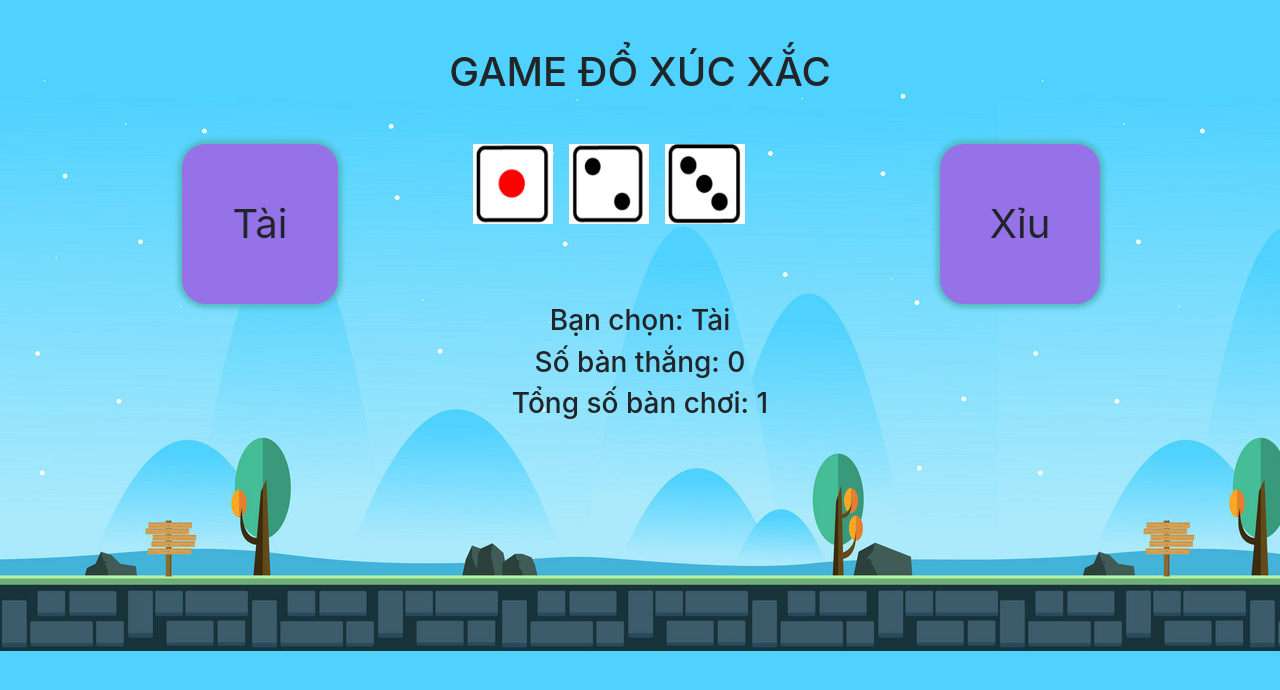
Repository: dovanthao2404/game-xuc-sac
Page: /
The author's editor kept a copy of each file at every save. The page is drawn from the files as they stood at one save, then again after the next save.
The browser window is 1280 px wide. The pictures show the whole page.
The project was rebuilt for these pictures with package versions that can differ from the ones it lists, and the page was loaded fresh each time.

Above is the page before, as saved 2021-09-11 13:11:52.

### public/index.html
<!DOCTYPE html>
<html lang="en">

<head>
  <meta charset="utf-8" />
  <link rel="icon" href="%PUBLIC_URL%/favicon.ico" />
  <meta name="viewport" content="width=device-width, initial-scale=1" />
  <meta name="theme-color" content="#000000" />
  <meta name="description" content="Web site created using create-react-app" />
  <link rel="apple-touch-icon" href="%PUBLIC_URL%/logo192.png" />
  <link rel="manifest" href="%PUBLIC_URL%/manifest.json" />
  <title>React App</title>
  <link rel="stylesheet" href="https://cdn.jsdelivr.net/npm/bootstrap@4.6.0/dist/css/bootstrap.min.css"
    integrity="sha384-B0vP5xmATw1+K9KRQjQERJvTumQW0nPEzvF6L/Z6nronJ3oUOFUFpCjEUQouq2+l" crossorigin="anonymous">
  <link rel="stylesheet" href="%PUBLIC_URL%/css/style.css">
</head>

<body>
  <noscript>You need to enable JavaScript to run this app.</noscript>
  <div id="root"></div>
</body>

</html>

### src/index.css
body {
  margin: 0;
  padding: 0;
  box-sizing: border-box;
  font-family: -apple-system, BlinkMacSystemFont, 'Segoe UI', 'Roboto', 'Oxygen',
    'Ubuntu', 'Cantarell', 'Fira Sans', 'Droid Sans', 'Helvetica Neue',
    sans-serif;
  -webkit-font-smoothing: antialiased;
  -moz-osx-font-smoothing: grayscale;
}

code {
  font-family: source-code-pro, Menlo, Monaco, Consolas, 'Courier New',
    monospace;
}

### src/App.js


function App() {
  return (
    <div className="main">
      <div className="container mt-5">
        <div className="title mb-5">
          <h1 className="text-center">GAME ĐỔ XÚC XẮC</h1>
        </div>
        <div>
          <div class="row justify-content-between">
            <div className="col-4">
              <div className="type d-flex justify-content-center align-items-center">
                <span>Tài</span>
              </div>
            </div>
            <div className="col-4">
              <div className="d-flex">
                <img src="./images/1.png" alt="" />
                <img src="./images/2.png" alt="" />
                <img src="./images/3.png" alt="" />
              </div>
            </div>
            <div className="col-4">
              <div className="type d-flex justify-content-center align-items-center">
                <span>Xỉu</span>
              </div>
            </div>
          </div>
        </div>

        <div className="result text-center">
          <h3>Bạn chọn: Tài</h3>
          <h3>Số bàn thắng: 0</h3>
          <h3>Tổng số bàn chơi: 1</h3>
        </div>
      </div>
    </div>
  );
}

export default App;

### public/css/style.css
.main {
  background-image: url(./../images/bgGame.png);
  top: 0;
  left:0;
  right: 0;
  bottom: 0;
  display: block;
  position: absolute;
  z-index: -10;
}

.type span{
  display: block;
  padding: 50px;
  border-radius: 24px;
  font-size: 40px;
  background: rgb(149, 114, 231);
  cursor: pointer;
  box-shadow: 0 0 4px 4px rgba(78, 182, 185, 0.8);
}

img {
  margin: 0 8px;
  width: 80px;
}

Loaded but not shown: src/index.js (common file); src/reportWebVitals.js (common file)

After the next save:
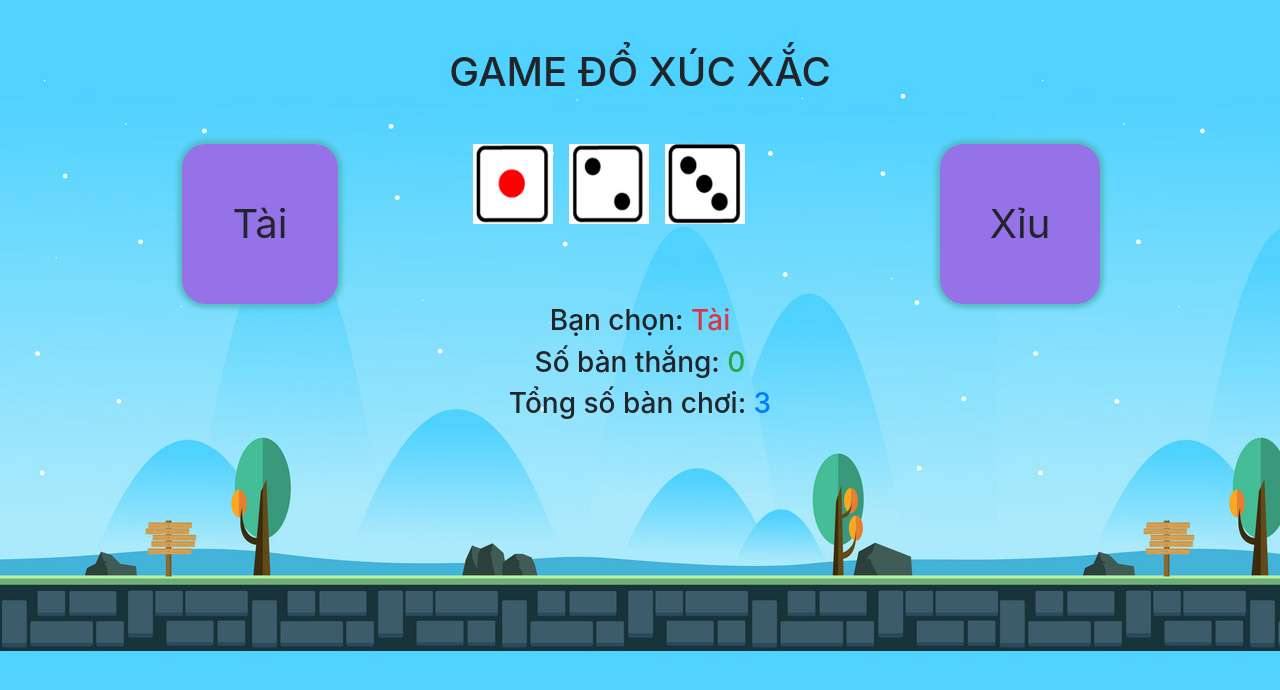
Saved 54 s later.
--- a/src/App.js
+++ b/src/App.js
@@ -30,9 +30,9 @@ function App() {
         </div>
 
         <div className="result text-center">
-          <h3>Bạn chọn: Tài</h3>
-          <h3>Số bàn thắng: 0</h3>
-          <h3>Tổng số bàn chơi: 1</h3>
+          <h3>Bạn chọn: <span className="text-danger">Tài</span></h3>
+          <h3>Số bàn thắng: <span className="text-success">0</span></h3>
+          <h3>Tổng số bàn chơi: <span className="text-primary">3</span></h3>
         </div>
       </div>
     </div>
